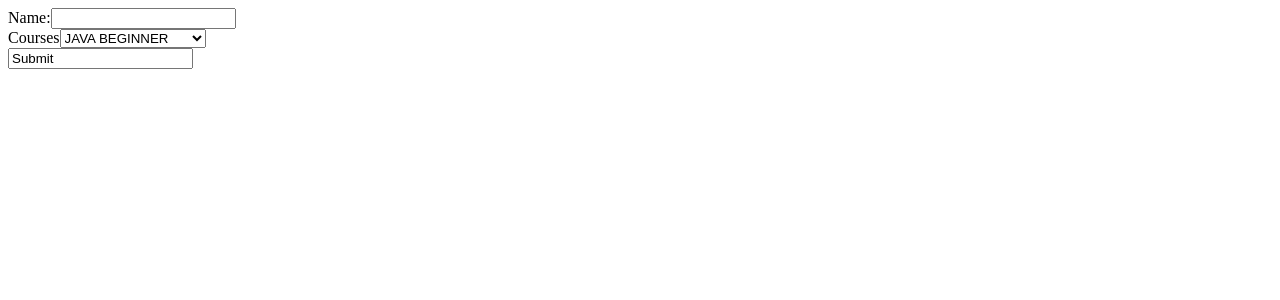
Repository: SurajPawar15-smart/JAVAProjects
Page: 12.URLrewritingsessionDemo/WebContent/index.html
These files come from the project's save history. The page is drawn as it stood at one moment and after the next save; the edit follows.
The browser window is 1280 px wide. The pictures show the whole page.

Above is the page before, as saved 2020-09-27 11:53:51.

After the next save:
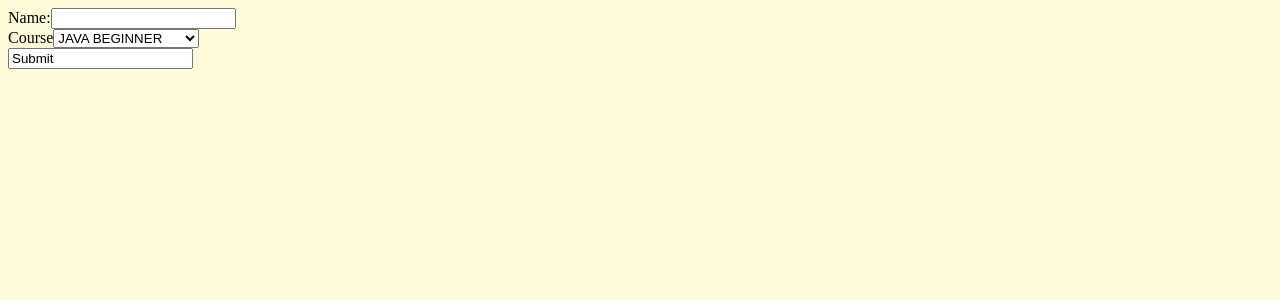
Saved 20 s later.
--- a/12.URLrewritingsessionDemo/WebContent/index.html
+++ b/12.URLrewritingsessionDemo/WebContent/index.html
@@ -3,6 +3,13 @@
 <head>
 <meta charset="ISO-8859-1">
 <title>Insert title here</title>
+<style>
+body{
+background-color:#fefbd8;
+}
+
+div{}
+</style>
 </head>
 <body>
 <form action="FirstServlet" method="post">
@@ -12,7 +19,7 @@ Name:<input type="text" name="username">
 </div>
 
 <div>
-Courses<select name="Courses">
+Course<select name="Course">
 <option>JAVA BEGINNER</option>
 <option>JAVA ADVANCE</option>
 <option>JAVA FRAMEWORD</option>
